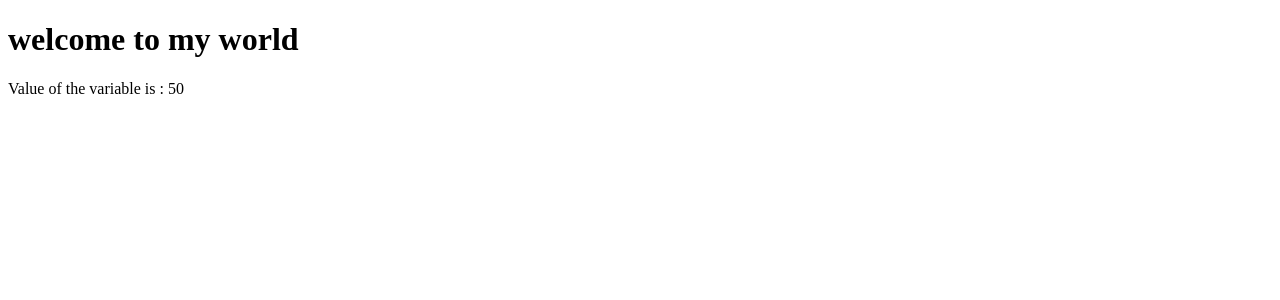
Repository: JeongYT/JSP
Page: http://localhost/jspproject/test1.jsp
An editor plug-in stored every save of this project. The page is shown before and after the next save, followed by the edit.
The browser window is 1280 px wide. The pictures show the whole page.
The page is served by Tomcat 9.

Above is the page before, as saved 2023-07-06 02:09:55.

After the next save:
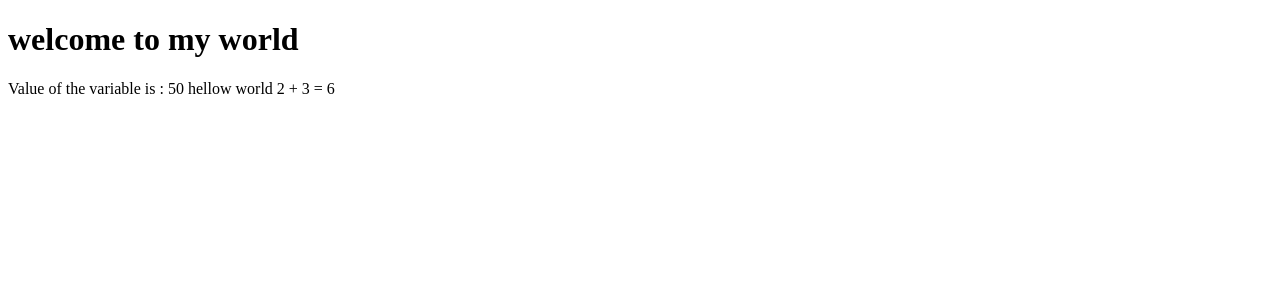
Saved 16 min 57 s later.
--- a/jspproject/src/main/webapp/test1.jsp
+++ b/jspproject/src/main/webapp/test1.jsp
@@ -12,5 +12,20 @@
 	<%
 		out.println("Value of the variable is : " + data);
 	%>
+	<%!
+		String makeItLower(String data) {
+			return data.toLowerCase();
+		}
+	%>
+	<%
+		out.println(makeItLower("Hellow World"));
+		System.out.println("콘솔로 출력하기");
+	%>
+	<%
+		int a=2;
+		int b=4;
+		int sum=a+b;
+		out.print("2 + 3 = " + sum);
+	%>
 </body>
 </html>
